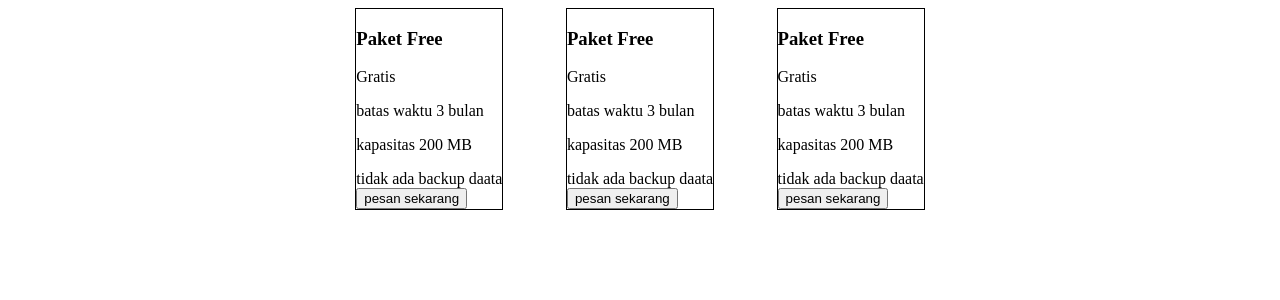
Repository: AHSANS354/tugas-sib5
Page: tugas css/index.html
The author's editor kept a copy of each file at every save. The page is drawn from the files as they stood at one save, then again after the next save.
The browser window is 1280 px wide. The pictures show the whole page.

Above is the page before, as saved 2023-08-29 14:59:34.

### tugas css/index.html
<!DOCTYPE html>
<html lang="en">
  <head>
    <meta charset="UTF-8" />
    <meta name="viewport" content="width=device-width, initial-scale=1.0" />
    <title>Tugas css eksternal</title>
    <link rel="stylesheet" href="style.css" />
  </head>
  <body>
    <!-- <table>
      <tr>
        <th>
          <p>paket free</p>
          <p>gratis</p>
        </th>
        <th>
          <p>paket premium</p>
          <p>rp.350.000,-</p>
        </th>
        <th>
          <p>paket profesional</p>
          <p>rp.500.000,-</p>
        </th>
      </tr>
      <tr>
        <td>batas waktu 3 bulan</td>
        <td>batas waktu 1 tahun</td>
        <td>batas waktu 2 tahun</td>
      </tr>
      <tr>
        <td>kapasitas 200 MB</td>
        <td>kapasitas 1GB</td>
        <td>kapasitas 3GB</td>
      </tr>
      <tr>
        <td>tidak ada backup data</td>
        <td>dilengkapi backup data</td>
        <td>dilengkapi backup data</td>
      </tr>
      <tr>
        <td>pesan sekarang</td>
        <td>pesan sekarang</td>
        <td>bonus domain</td>
      </tr>
      <tr>
        <td colspan="2"></td>
        <td>pesan sekarang</td>
      </tr>
    </table> -->
    <div class="container">
      <div class="row">
        <div class="col">
          <div class="card">
            <div class="header">
              <div>
                <h3>Paket Free</h3>
              </div>
              <div>
                <p>Gratis</p>
              </div>
            </div>
            <div class="content">
              <div>
                <p>batas waktu 3 bulan</p>
              </div>
              <div>
                <p>kapasitas 200 MB</p>
              </div>
              <div>tidak ada backup daata</div>
              <div>
                <button type="button">pesan sekarang</button>
              </div>
            </div>
          </div>
          <div class="card">
            <div class="header">
              <div>
                <h3>Paket Free</h3>
              </div>
              <div>
                <p>Gratis</p>
              </div>
            </div>
            <div class="content">
              <div>
                <p>batas waktu 3 bulan</p>
              </div>
              <div>
                <p>kapasitas 200 MB</p>
              </div>
              <div>tidak ada backup daata</div>
              <div>
                <button type="button">pesan sekarang</button>
              </div>
            </div>
          </div>
          <div class="card">
            <div class="header">
              <div>
                <h3>Paket Free</h3>
              </div>
              <div>
                <p>Gratis</p>
              </div>
            </div>
            <div class="content">
              <div>
                <p>batas waktu 3 bulan</p>
              </div>
              <div>
                <p>kapasitas 200 MB</p>
              </div>
              <div>tidak ada backup daata</div>
              <div>
                <button type="button">pesan sekarang</button>
              </div>
            </div>
          </div>
        </div>
      </div>
    </div>
  </body>
</html>

### tugas css/style.css
th {
  border: 2px solid #000;
}

td {
  border: 2px solid #000;
}

.card {
  border: 1px solid black;
}

.container {
  display: flex;
  justify-content: center;
}

.row {
  width: 50%;
}

.col {
  display: flex;
  justify-content: space-around;
}

After the next save:
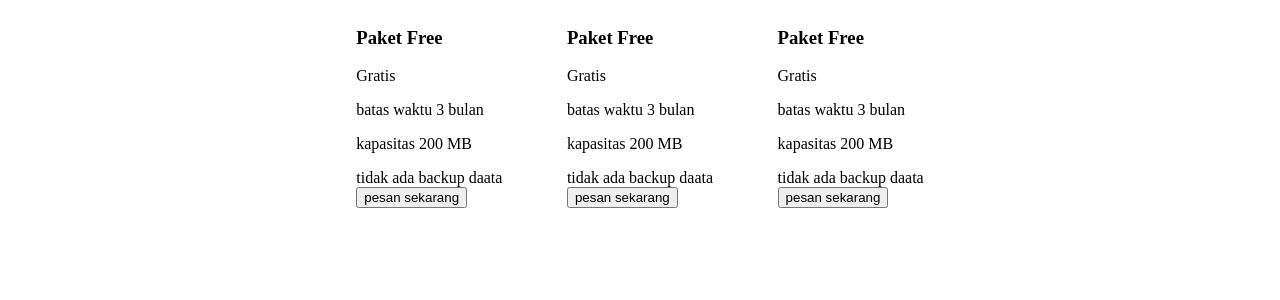
Saved 100 s later.
--- a/tugas css/style.css
+++ b/tugas css/style.css
@@ -1,4 +1,4 @@
-th {
+/* th {
   border: 2px solid #000;
 }
 
@@ -8,7 +8,7 @@ td {
 
 .card {
   border: 1px solid black;
-}
+} */
 
 .container {
   display: flex;

After the save that followed:
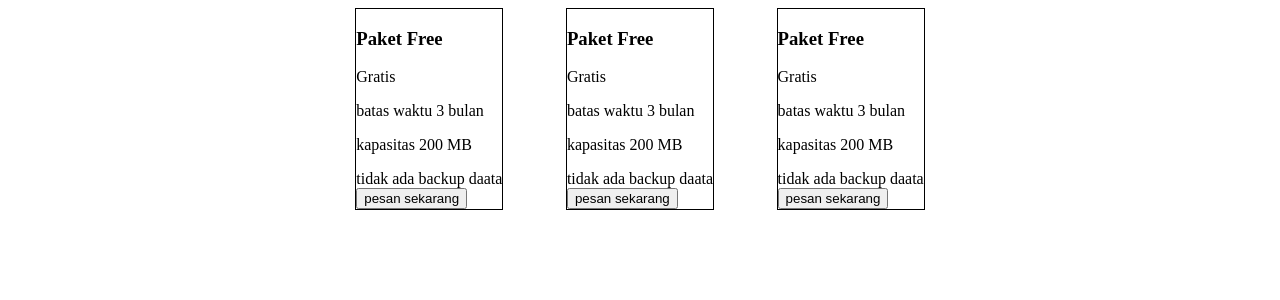
Saved 12 s later.
--- a/tugas css/style.css
+++ b/tugas css/style.css
@@ -1,4 +1,4 @@
-/* th {
+th {
   border: 2px solid #000;
 }
 
@@ -8,7 +8,7 @@ td {
 
 .card {
   border: 1px solid black;
-} */
+}
 
 .container {
   display: flex;
